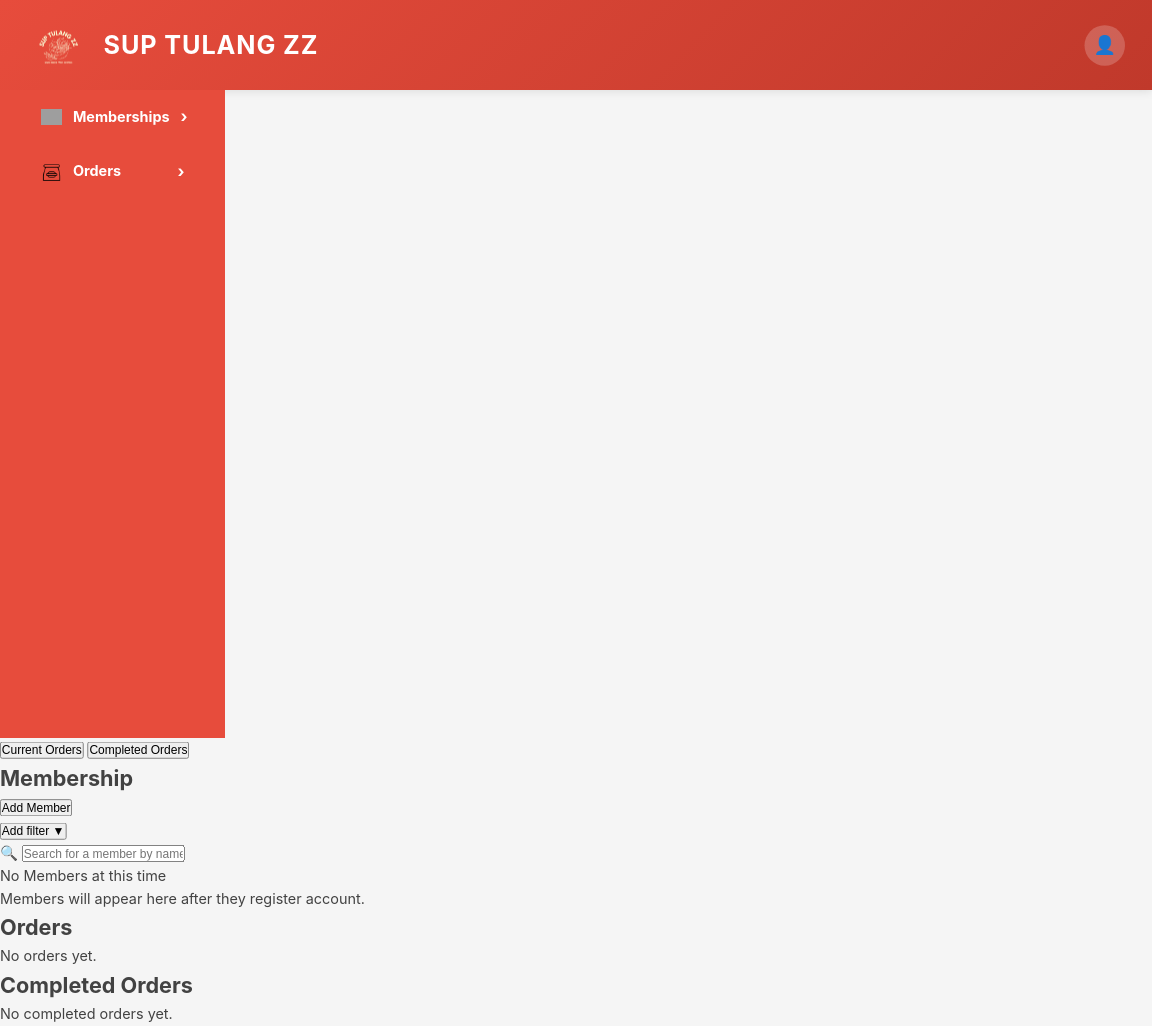
Repository: YIsheng2002/web-frontend
Page: view/Staff/dashboardstaff.html
An editor plug-in stored every save of this project. The page is shown before and after the next save, followed by the edit.
The browser window is 1280 px wide. The pictures show the whole page, at 90% of full size.
Pictures or frames that could not be fetched are drawn as grey boxes.

Above is the page before, as saved 2025-06-12 13:28:51.

### view/Staff/dashboardstaff.html
<!DOCTYPE html>
<html lang="en">

<head>
    <meta charset="UTF-8">
    <meta name="viewport" content="width=device-width, initial-scale=1.0">
    <title>SUP TULANG ZZ</title>
    <link rel="stylesheet" href="../Staff/assets/css/main.css">
    <link rel="stylesheet" href="../../assets/css/main.css">
    <link rel="stylesheet" href="./assets/css/dashboardStaff.css">
    <script src="./assets/javascript/dashboardStaff.js"></script>

</head>

<body>
    <!-- Header -->
    <header class="header">
        <div class="logo-section">
            <img src="../../assets/images/logo.png" alt="Logo" class="logo">
            <h1 class="brand-name">SUP TULANG ZZ</h1>
        </div>

        <div class="user-menu">
            <div class="user-avatar" onclick="toggleDropdown()">
                👤
            </div>
            <div class="dropdown-menu" id="userDropdown">
                <a href="#" class="dropdown-item" onclick="showProfile()">
                    👤 Profile
                </a>
                <a href="#" class="dropdown-item" onclick="showSettings()">
                    ⚙️ Settings
                </a>
                <a href="#" class="dropdown-item" onclick="showOrders()">
                    📋 Orders
                </a>
                <a href="#" class="dropdown-item" onclick="showReports()">
                    📊 Reports
                </a>
                <hr style="margin: 8px 0; border: none; border-top: 1px solid #eee;">
                <a href="#" class="dropdown-item danger" onclick="logout()">
                    🚪 Logout
                </a>
            </div>
        </div>
    </header>
    <!-- Sidebar -->
    <div class="sidebar">
        <ul class="sidebar-menu">
            <li class="sidebar-item">
                <a href="#" class="sidebar-link" onclick="showMembership(event)">
                    <img src="./assets/images/membership.png" alt="Membership Icon" class="sidebar-icon">
                    <span class="sidebar-text">Memberships</span>
                    <span class="sidebar-arrow">›</span>
                </a>
            </li>
            <li class="sidebar-item">
                <a href="#" class="sidebar-link" onclick="showOrders(event)">
                    <img src="./assets/images/foodOrder.png" alt="Orders Icon" class="sidebar-icon">
                    <span class="sidebar-text">Orders</span>
                    <span class="sidebar-arrow">›</span>
                </a>
            </li>
        </ul>
    </div>
    <!-- Main Content -->
    <div class="main-content">
        <!-- Navigation Tabs -->
        <button class="nav-tab active" onclick="showPage('Memberships', event)">Current Orders</button>
        <button class="nav-tab" onclick="showPage('orders', event)">Completed Orders</button>


        <div id="Memberships" class="page active">
            <div class="membership-header">
                <h2>Membership</h2>
                <button class="add-member-button">Add Member</button>
            </div>
            <!-- Membership page -->
            <div class="membership-controls">
                <div class="filter">
                    <button class="filter-button">Add filter ▼</button>
                </div>
                <div class="search">
                    <span class="search-icon">🔍</span>
                    <input type="text" placeholder="Search for a member by name or email">
                </div>

            </div>

            <div class="membership-empty-state">
                <div class="empty-box">
                    <p class="no-members-title">No Members at this time</p>
                    <p class="no-members-desc">Members will appear here after they register account.</p>
                </div>
            </div>

        </div>
        <!-- Current Orders Page -->
        <div id="current-orders" class="page">
            <h2>Orders</h2>
            <p>No orders yet.</p>
        </div>
        <div id="orders" class="page">
            <h2>Completed Orders</h2>
            <p>No completed orders yet.</p>
        </div>
    </div>

</body>

</html>

### view/Staff/assets/css/main.css
* {
    margin: 0;
    padding: 0;
    box-sizing: border-box;
}

body {
    font-family: -apple-system, BlinkMacSystemFont, 'Segoe UI', Roboto, sans-serif;
    line-height: 1.6;
    color: #333;
    background-color: #f5f5f5;
}

.btn-primary {
    background: linear-gradient(135deg, #667eea 0%, #764ba2 100%);
    color: white;
    border: none;
    padding: 12px 24px;
    border-radius: 8px;
    font-size: 16px;
    font-weight: 600;
    cursor: pointer;
    transition: all 0.3s ease;
    width: 100%;
}

.btn-primary:hover {
    transform: translateY(-2px);
    box-shadow: 0 8px 25px rgba(102, 126, 234, 0.3);
}

.btn-primary:active {
    transform: translateY(0);
}

### assets/css/main.css
:root{
    --primary-color: #DE4345;
    --secondary-color: #F8FAD4;
    --white-color: #FFFFFF;
    --header-font-color: #212121;
    --header6-font-color: #424242;
    --light-red: #FF7877;
}

* {
    margin: 0;
    padding: 0;
    box-sizing: border-box;
}

body {
    font-family: -apple-system, BlinkMacSystemFont, 'Segoe UI', Roboto, sans-serif;
    line-height: 1.6;
    color: var(--header6-font-color);
    background-color: #f5f5f5;
}

.btn-primary {
    background: linear-gradient(135deg, var(--primary-color) 0%, var(--light-red) 100%);
    color: white;
    border: none;
    padding: 12px 24px;
    border-radius: 8px;
    font-size: 16px;
    font-weight: 600;
    cursor: pointer;
    transition: all 0.3s ease;
    width: 100%;
}

.btn-primary:hover {
    transform: translateY(-5px);
    box-shadow: 0 8px 25px rgba(253, 114, 92, 0.22);
}

.btn-primary:active {
    transform: translateY(0);
}

/* Header Styles */
.header {
    background: linear-gradient(135deg, #e74c3c, #c0392b);
    color: white;
    padding: 15px 30px;
    display: flex;
    justify-content: space-between;
    align-items: center;
    box-shadow: 0 2px 10px rgba(0,0,0,0.1);
}

.logo-section {
    display: flex;
    align-items: center;
    gap: 15px;
}

.logo {
    width: 70px;
    height: 70px;
    display: flex;
    align-items: center;
    justify-content: center;
    font-weight: bold;
    font-size: 18px;
}

.brand-name {
    font-size: 28px;
    font-weight: bold;
    letter-spacing: 1px;
}

### view/Staff/assets/css/dashboardStaff.css
/* User Menu */
.user-menu {
    position: relative;
}

.user-avatar {
    width: 45px;
    height: 45px;
    background: rgba(255, 255, 255, 0.2);
    border-radius: 50%;
    display: flex;
    align-items: center;
    justify-content: center;
    cursor: pointer;
    transition: all 0.3s ease;
    font-size: 20px;
}

.user-avatar:hover {
    background: rgba(255, 255, 255, 0.3);
    transform: scale(1.05);
}

.dropdown-menu {
    position: absolute;
    top: 100%;
    right: 0;
    background: white;
    border-radius: 12px;
    box-shadow: 0 10px 30px rgba(0, 0, 0, 0.15);
    padding: 12px 0;
    min-width: 180px;
    opacity: 0;
    visibility: hidden;
    transform: translateY(-10px);
    transition: all 0.3s ease;
    z-index: 1000;
    margin-top: 10px;
}

.dropdown-menu.show {
    opacity: 1;
    visibility: visible;
    transform: translateY(0);
}

.dropdown-item {
    display: block;
    padding: 12px 20px;
    color: #333;
    text-decoration: none;
    transition: background 0.3s ease;
    display: flex;
    align-items: center;
    gap: 10px;
}

.dropdown-item:hover {
    background: #f8f9fa;
}

.dropdown-item.danger:hover {
    background: #fee;
    color: #e74c3c;
}

/* Dashboard sidebar */
.sidebar {
    width: 250px;
    height: 100vh;
    background-color: #e74c3c;
}

.sidebar-menu {
    list-style: none;
    padding: 0;
    margin: 0;
}

.sidebar-item {
    display: flex;
    justify-content: center;
    width: 100%;
    padding: 4px 20px;
    color: #fff;
    text-decoration: none;
    align-items: center;
    gap: 10px;
    transition: background-color 0.3s ease;
}

/*
.sidebar-item:first-child {
  margin-top: 15px;
}
*/

.sidebar-link:hover {
    background-color: rgba(255, 255, 255, 0.1);
}

.sidebar-link {
    display: flex;
    align-items: center;
    justify-content: space-between;
    text-decoration: none;
    padding: 12px 20px;
    font-size: 16px;
    font-weight: bold;
    border-radius: 12px;
    transition: background-color 0.3s ease, color 0.3s ease;
    width: 200px;
    box-sizing: border-box;
    color: #fff;
    /* default text = white */
    background-color: transparent;
    /* default = no background */
}

.sidebar-link.active {
    background-color: #fff9c4;
    /* yellow container */
    color: #e74c3c;
    /* red text */
}

.sidebar-icon {
    width: 24px;
    height: 24px;
    object-fit: contain;
    margin-right: 12px;
    /* Space between icon and text */

}

.sidebar-text {
    flex-grow: 1;
    margin: 0px;
    /* Remove default margin */
    align-items: center;
    /* Center text vertically */
}

.sidebar-arrow {
    font-size: 18px;
    color: #fff;
    margin-left: 12px;
    /* Space between text and arrow */
}

### view/Staff/assets/javascript/dashboardStaff.js
// Dropdown functionality
function toggleDropdown() {
    const dropdown = document.getElementById('userDropdown');
    dropdown.classList.toggle('show');
}

// Close dropdown when clicking outside
document.addEventListener('click', function (event) {
    const userMenu = document.querySelector('.user-menu');
    const dropdown = document.getElementById('userDropdown');

    if (!userMenu.contains(event.target)) {
        dropdown.classList.remove('show');
    }
});

// Page navigation
/*
function showPage(pageId) {
    // Hide all pages
    document.querySelectorAll('.page').forEach(page => {
        page.classList.remove('active');
    });

    // Remove active class from all tabs
    document.querySelectorAll('.nav-tab').forEach(tab => {
        tab.classList.remove('active');
    });

    // Show selected page
    document.getElementById(pageId).classList.add('active');

    // Add active class to clicked tab
    event.target.classList.add('active');
}
    */
function showPage(pageId, event) {
    // Hide all pages
    document.querySelectorAll('.page').forEach(page => {
        page.classList.remove('active');
    });

    // Show selected page
    const targetPage = document.getElementById(pageId);
    if (targetPage) {
        targetPage.classList.add('active');
    }

    // Remove active class from both sidebar links and nav-tabs
    document.querySelectorAll('.sidebar-link, .nav-tab').forEach(link => {
        link.classList.remove('active');
    });

    // Add active to clicked one
    if (event) {
        event.currentTarget.classList.add('active');
    }
}



// User menu actions
function showProfile() {
    alert('Profile page - Coming soon!');
    toggleDropdown();
}

function showSettings() {
    alert('Settings page - Coming soon!');
    toggleDropdown();
}

function showOrders(event) {
    showPage('current-orders', event);
    toggleDropdown();
}


function showReports() {
    showPage('analytics');
    document.querySelector('[onclick="showPage(\'analytics\')"]').classList.add('active');
    toggleDropdown();
}

function logout() {
    if (confirm('Are you sure you want to logout?')) {
        // Add logout logic here
        alert('Logged out successfully!');
        // Redirect to login page
        // window.location.href = '/login.html';
    }
    toggleDropdown();
}

// side bar showMembership function
function showMembership(event) {
    showPage('Memberships', event);

}

After the next save:
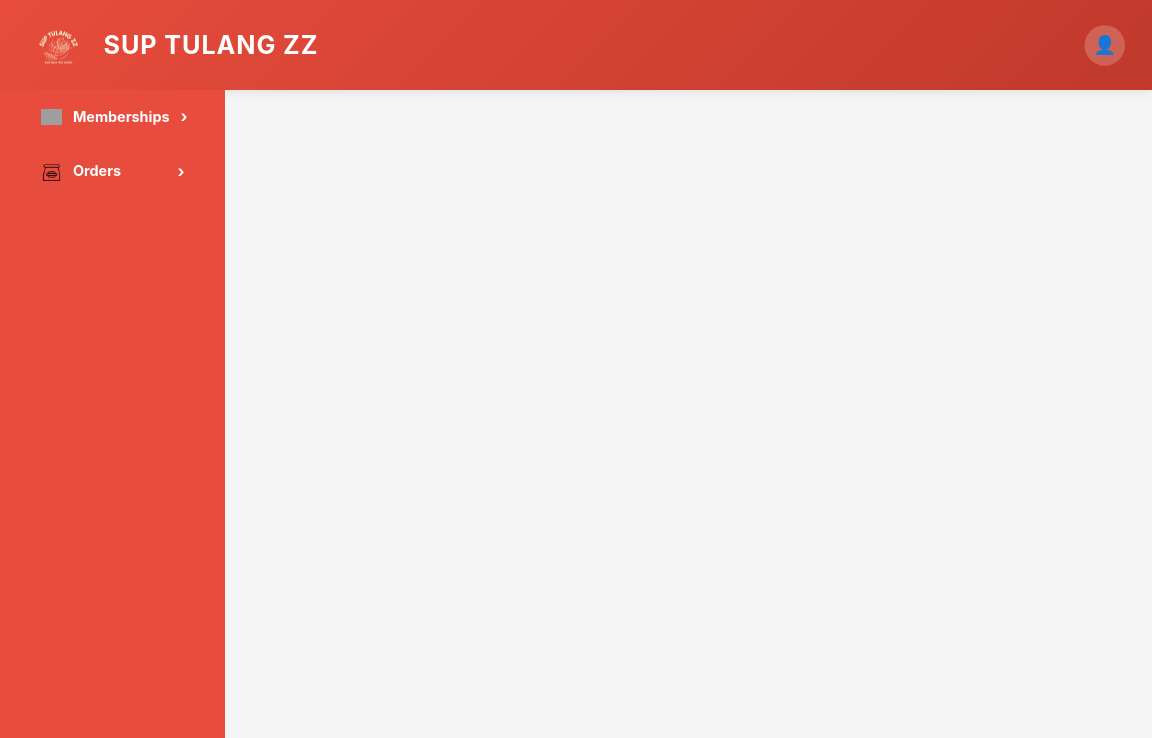
Saved 37 s later.
--- a/view/Staff/dashboardstaff.html
+++ b/view/Staff/dashboardstaff.html
@@ -65,45 +65,7 @@
     </div>
     <!-- Main Content -->
     <div class="main-content">
-        <!-- Navigation Tabs -->
-        <button class="nav-tab active" onclick="showPage('Memberships', event)">Current Orders</button>
-        <button class="nav-tab" onclick="showPage('orders', event)">Completed Orders</button>
 
-
-        <div id="Memberships" class="page active">
-            <div class="membership-header">
-                <h2>Membership</h2>
-                <button class="add-member-button">Add Member</button>
-            </div>
-            <!-- Membership page -->
-            <div class="membership-controls">
-                <div class="filter">
-                    <button class="filter-button">Add filter ▼</button>
-                </div>
-                <div class="search">
-                    <span class="search-icon">🔍</span>
-                    <input type="text" placeholder="Search for a member by name or email">
-                </div>
-
-            </div>
-
-            <div class="membership-empty-state">
-                <div class="empty-box">
-                    <p class="no-members-title">No Members at this time</p>
-                    <p class="no-members-desc">Members will appear here after they register account.</p>
-                </div>
-            </div>
-
-        </div>
-        <!-- Current Orders Page -->
-        <div id="current-orders" class="page">
-            <h2>Orders</h2>
-            <p>No orders yet.</p>
-        </div>
-        <div id="orders" class="page">
-            <h2>Completed Orders</h2>
-            <p>No completed orders yet.</p>
-        </div>
     </div>
 
 </body>
